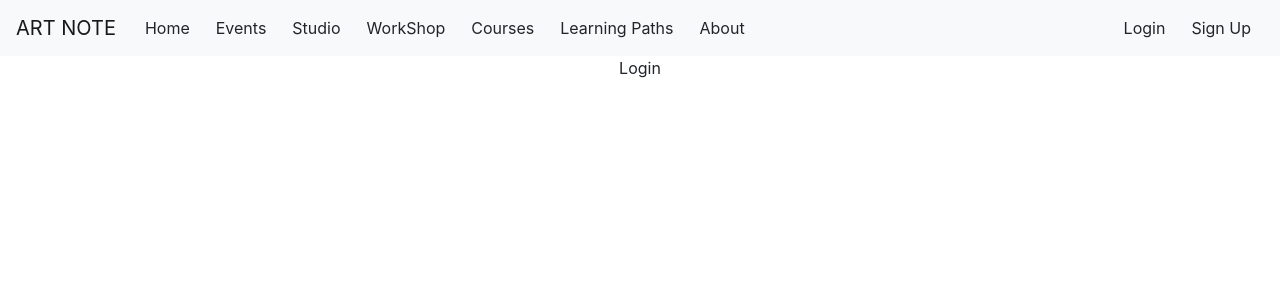
Repository: MorsChen/Final-Client
Page: /login (app in client-app/)
The author's editor kept a copy of each file at every save. The page is drawn from the files as they stood at one save, then again after the next save.
The browser window is 1280 px wide. The pictures show the whole page.
The project was rebuilt for these pictures with package versions that can differ from the ones it lists, and the page was loaded fresh each time. Also part of the build but not shown: client-app/src/page/Home.js.

Above is the page before, as saved 2019-09-23 16:09:38.

After the next save:
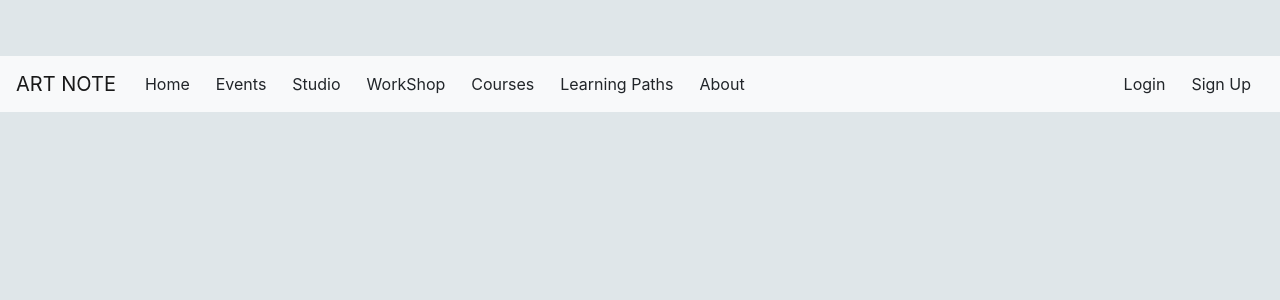
Saved 9 min 22 s later.
--- a/client-app/src/App.css
+++ b/client-app/src/App.css
@@ -112,3 +112,123 @@
 
 
 /* Stop------ */
+
+@import url('https://fonts.googleapis.com/css?family=Exo:700');
+@import url('https://fonts.googleapis.com/css?family=Abel');
+body {
+  background-color: #dfe6e9;
+  -webkit-transform: perspective(900px);
+  -webkit-transform-style: preserve-3d;
+}
+.title{
+  width:100%;
+  text-align: center;
+}
+.title h1{
+  font-size:50px;
+  font-family: 'Exo', sans-serif;
+}
+.card1 {
+  text-align:center;
+  position: absolute;
+  left: 100px;
+  width: 250px;
+  height: 350px;
+  margin-top: 10px;
+  margin-bottom: 10px;
+  background: linear-gradient(rgb(225,150,58),rgb(227,144,91));
+  transition:.6s;
+
+  transform: rotatex(75deg) translatey(-200px) translatez(-100px);
+  box-shadow: 0px 20px 60px rgba(0,0,0, 0.5);
+}
+.card1:hover{
+  transform: rotatex(0deg);
+  transform: rotatez(0deg);
+  transition:.6s;
+  box-shadow: 0px 0px 20px rgba(0, 0, 0, 0.3);
+}
+.card1 img{
+  transform: translateY(15px);
+  width:200px;
+  height:120px;
+}
+h3{
+  font-size:25px;
+  font-family: 'Abel', sans-serif;
+  color:rgb(255,255,255);
+  text-shadow: 0 0 2px rgb(255,255,255);
+  transform: translatey(10px);
+}
+
+p{
+
+  font-family: 'Abel', sans-serif;
+  color: white;
+  text-align:center;
+  width:220px;
+  transform: translatex(12px);
+}
+
+
+.card2 {
+  text-align:center;
+  position: absolute;
+  left: 550px;
+  width: 250px;
+  height: 350px;
+  margin-top: 10px;
+  margin-bottom: 10px;
+  background: linear-gradient(rgb(93,94,170),rgb(93,66,103));
+  animation: animate 1s linear infinite;
+  transition:.6s;
+
+  transform: rotatex(75deg) translatey(-200px) translatez(-100px);
+  box-shadow: 0px 20px 60px rgba(0, 0, 0, 0.5);
+}
+.card2:hover{
+   transform: rotatex(0deg);
+  transition:.6s;
+  box-shadow: 0px 0px 20px rgba(0, 0, 0, 0.3);
+}
+.card2 img{
+  transform: translateY(15px);
+  width:180px;
+  height:150px;
+}
+.card3 {
+  text-align:center;
+  position: absolute;
+  left: 1000px;
+  width: 250px;
+  height: 350px;
+  margin-top: 10px;
+  margin-bottom: 10px;
+  background: linear-gradient(#ff5252, #b33939);
+  transition:.6s;
+
+  transform: rotatex(75deg) translatey(-200px) translatez(-100px);
+  box-shadow: 0px 20px 60px rgba(0, 0, 0, 0.5);
+}
+.card3:hover{
+   transform: rotatex(0deg);
+  transition:.6s;
+  box-shadow: 0px 0px 20px rgba(0, 0, 0, 0.3);
+}
+.card3 img{
+  transform: translateY(15px);
+  width:200px;
+  height:120px;
+}
+.footer{
+  position: absolute;
+  top: 500px;
+  margin: 10px;
+  width: 100%;
+   text-align: center;
+}
+.footer h2{
+  font-size:18px;
+  font-family: 'Exo', sans-serif;
+
+}
